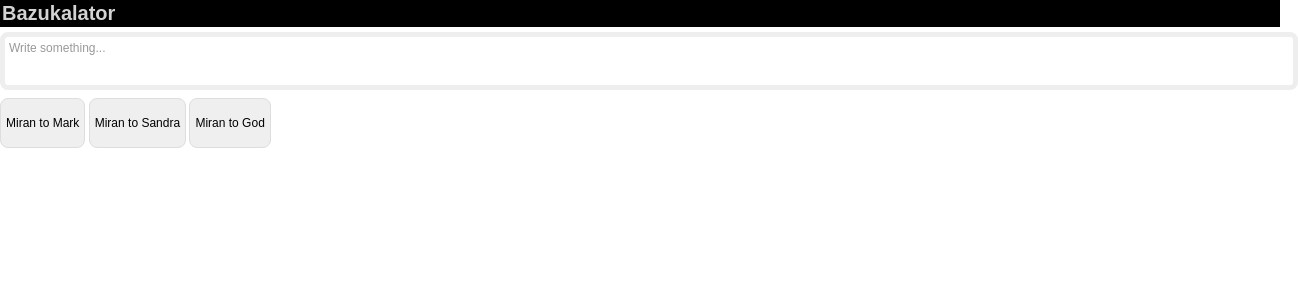
Repository: mbadzak/bazukalator
Page: Bazukalator/assets/www/index.html
An editor plug-in stored every save of this project. The page is shown before and after the next save, followed by the edit.
The browser window is 1280 px wide. The page is 1298 px wide, then 1294 px, so the pictures cover 1298 px, including what lies to the right of the window. The pictures show the whole page.

Above is the page before, as saved 2012-10-14 06:01:40.

### Bazukalator/assets/www/index.html
<!DOCTYPE HTML>
<html>
<head>
<title>Hello World</title>
<script type="text/javascript" charset="utf-8" src="cordova-2.1.0.js"></script>
<script type="text/javascript" src="jquery.min.js"></script>
<script type="text/javascript" src="jquery.autosize-min.js"></script>
<script type="text/javascript" src="utl.js"></script>

<link type="text/css" href="style.css" rel="stylesheet">
<style>
.lang_button {
  height: 50px;
  padding: 5px;
}
.post_box {
  padding: 5px;
  position: relative;
  top: 1px;
}
body {
  background-image: none;
}
.this_page {
  text-align: left;
  background-size: 100%;
  background-attachment: fixed;
  background-repeat: repeat-x;
}
</style>

</head>
<body>


<script type="text/javascript">
    var orig_text = "";
</script>
<div class="this_page">
  <div class="generic_heading" style="color: lightgray; background: black; padding: 2px;">
    Bazukalator
  </div>
  <div style="margin-top: 5px; text-align: left;">
    <textarea name="msg"
              id="msg"
              onFocus="utl_clear_text_field(this, 'Write something...');"
              class="generic_box"
              style="width: 100%; height: 40px; border: 5px solid #eeeeee; z-index: 1;"
              autocomplete="off">Write something...</textarea>
  </div>
  <div style="margin-top: 5px;">
    <input type="button"
           id="btn_submit1"
           class="lang_button"
           value="Miran to Mark">
    <input type="button"
           id="btn_submit2"
           class="lang_button"
           value="Miran to Sandra">
    <input type="button"
           id="btn_submit3"
           class="lang_button"
           value="Miran to God">
  </div>

  <div id="post" style="margin: 20px 0px 0px 5px; text-align: left; display: none; ">
    <div style="float: left; clear: both; width: 50%; font-size: 11px;">
      <input type="radio"
           id="post_facebook"
           class="post_box"
           checked="checked"
           value="Post to Facebook">
           <img class="button_img img_norad" src="img/fb-icon.png" width="15" height="15">
           Facebook
    </div>
    <div style="float: left; width: 50%; font-size: 11px;">
      <input type="radio"
           id="post_twitter"
           class="post_box"
           checked="checked"
           value="Post to Facebook">
           <img class="button_img img_norad" src="img/twitter-icon.png" width="15" height="15">
           Twitter
    </div>
  </div>
  <div id="post2" style="display: none; margin-top: 55px; margin-left: 0px;">
      <input type="button" value="Post" style="padding: 5px;">
  </div>
</div>
<script type="text/javascript">
    $("#btn_submit1").click(function() { submit(1); });
    $("#btn_submit2").click(function() { submit(2); });
    $("#btn_submit3").click(function() { submit(3); });

    function submit(lang) {
        if (orig_text == "")
            orig_text = $("#msg").val();

        var req = orig_text;
        if (req == "")
            return;

        $.post("http://localhost:8080/index.php/translator/svc",
              { req: req, lang: lang },
              function(data) {
             	$("#msg").val(data);
                $("#post").css("display", "block");
                $("#post2").css("display", "block");
              }
        );
    }

    function reset()
    {
    	$('#msg').val('');
        orig_text = "";
        $("#post").css("display", "none");
        $("#post2").css("display", "none");
    }

</script>

</body>
</html>

### Bazukalator/assets/www/jquery.autosize-min.js
// Autosize 1.7 - jQuery plugin for textareas
// (c) 2011 Jack Moore - jacklmoore.com
// license: www.opensource.org/licenses/mit-license.php
(function(a,b){var c="hidden",d='<textarea style="position:absolute; top:-9999px; left:-9999px; right:auto; bottom:auto; box-sizing:content-box; word-wrap:break-word; height:0 !important; min-height:0 !important; overflow:hidden">',e=["fontFamily","fontSize","fontWeight","fontStyle","letterSpacing","textTransform","wordSpacing"],f="oninput",g="onpropertychange",h=a(d)[0];h.setAttribute(f,"return"),a.isFunction(h[f])||g in h?a.fn.autosize=function(b){return this.each(function(){function p(){var a,b;m||(m=!0,j.value=h.value,j.style.overflowY=h.style.overflowY,j.style.width=i.css("width"),j.scrollTop=0,j.scrollTop=9e4,a=j.scrollTop,b=c,a>l?(a=l,b="scroll"):a<k&&(a=k),h.style.overflowY=b,h.style.height=h.style.minHeight=h.style.maxHeight=a+o+"px",setTimeout(function(){m=!1},1))}var h=this,i=a(h).css({overflow:c,overflowY:c,wordWrap:"break-word"}),j=a(d).addClass(b||"autosizejs")[0],k=i.height(),l=parseInt(i.css("maxHeight"),10),m,n=e.length,o=i.css("box-sizing")==="border-box"?i.outerHeight()-i.height():0;l=l&&l>0?l:9e4;while(n--)j.style[e[n]]=i.css(e[n]);a("body").append(j),g in h?f in h?h[f]=h.onkeyup=p:h[g]=p:h[f]=p,a(window).resize(p),i.bind("autosize",p),p()})}:a.fn.autosize=function(){return this}})(jQuery);

### Bazukalator/assets/www/utl.js
String.prototype.trim = function() {
    return this.replace(/^\s+|\s+$/g, "");
};
String.prototype.trim_newline = function() {
	return this.replace(/(\r\n|\n|\r)/gm,"");
};

/*
 * utl_clear_text_field
 * IN	field	field to clear
 */
function utl_clear_text_field(field, init_value) {
	if (field.value.toString() == init_value.toString())
		field.value = "";
	field.style.color = "#000000";
	field.style.background = "#FFFFFF";
}

function utl_clear_text_field_id(id, init_value)
{
	var field = document.getElementById(id);
	return utl_clear_text_field(field, init_value);
}

function utl_clear_password_field(disp_p, real_p) {
	var dp = document.getElementById(disp_p);
	var rp = document.getElementById(real_p);
	dp.style.display = "none";
	rp.style.display = "inline";

	rp.focus();
}

function utl_reset_password_field(disp_p, real_p) {
	var dp = document.getElementById(disp_p);
	var rp = document.getElementById(real_p);
	if (rp.value == "") {
		dp.style.display = "inline";
		rp.style.display = "none";
		dp.value = "Password";
	}
}

function utl_reset_text_field(field, value) {
	if (field.value == "") {
		field.value = value;
		field.style.color = "#999999";
	}
}

function utl_focus(id)
{
	var elem = document.getElementById(id);
	elem.focus();
}

function utl_is_int(a)
{
	return parseInt(a, 10) === a;
}
function utl_handle_enter(field, event)
{
	if (event.keyCode == 13) {
		$(field).closest('form').submit();
		return false;
	}
	return true;
}

/**
 * @deprecated use jquery plugin instead
 * @param field
 * @param event
 * @param max_per_line
 */
function utl_expand_texarea_as_you_go(field, event, max_per_line)
{
	var chars = field.value.length;
	var rows = chars / max_per_line;
	var newline_count;
	var total_size = 18;
	var modified = false;

	if (chars == 0) return;

	newline_count = (field.value.split('\n')).length - 1;

	if (utl_is_int(rows))
	{
		total_size += (rows * 12);
		modified = true;
	}

	if (newline_count > 0) {
		total_size += (newline_count * 16);
		modified = true;
	}

	if (modified)
		field.style.height = total_size + "px";
}

/*
 * utl_toggle_visibility
 * IN	field	field to clear
 */
function utl_toggle_visibility(field) {
	var fl = document.getElementById(field);
	fl.style.display = (fl.style.display == "block") ? "none" : "block";
}

/*
 * utl_toggle_visibility
 * IN	field	field to show
 */
function utl_show_field(field) {
	var fl = document.getElementById(field);
	if (fl == null)
		return;
	fl.style.display = "block";
}

function utl_hide_field(field) {
	var fl = document.getElementById(field);
	if (fl == null)
		return;
	fl.style.display = "none";
}

function utl_show_obj(obj)
{
	obj.style.display = "block";
}
function utl_hide_obj(obj)
{
	obj.style.display = "none";
}


function generate_uuid()
{
	/* credit: http://stackoverflow.com/questions/105034/how-to-create-a-guid-uuid-in-javascript */
	var uuid = 'xxxxxxxx-xxxx-4xxx-yxxx-xxxxxxxxxxxx'.replace(/[xy]/g, function(c) {
	    var r = Math.random()*16|0, v = c == 'x' ? r : (r&0x3|0x8);
	    return v.toString(16);
	});

	return uuid;
}

### Bazukalator/assets/www/style.css
* {
	font-family: Arial, Geneva, Helvetica, sans-serif;
	font-size: 12px;
	outline-width: 0px;
}
body {
 	margin: 0px;
 	text-align: center;
}
textarea {
	resize: none;
}
textarea, select,
input {
	border: 1px solid #DDD;
	-moz-border-radius: 8px;
  	-webkit-border-radius: 8px;
  	border-radius: 8px;
  	behavior: url(../../../pie/PIE.php);
}
select {
	border: 1px solid #DDD;
}

.browse_image_button,
.generic_button,
.generic_button_cancel,
.loginbutton {
	font-size: 12px;
	background-color: #22370B;
	color: #FFFFFF;
	text-decoration: none;
	padding: 4px 6px 4px 6px;
	border: 0px none;
	font-weight: bold;
	width: auto;
	overflow: visible;
	margin: 0px 0px 0px 0px;
	cursor: default;

	-moz-border-radius: 8px;
  	-webkit-border-radius: 8px;
  	border-radius: 8px;
  	behavior: url(../../../pie/PIE.php);

  	cursor: pointer;
}
.generic_button:hover {
	background-color: #6EA000;
}
.generic_button_cancel:hover {
	background-color: #ffffff;
}
<!--[if IE]>
<style>
.browse_image_button,
.generic_button,
.generic_button_cancel,
.loginbutton {
    width: 0px;
}
</style>
<![endif]-->

.loginbutton {
	width: 30px;
	padding: 0px;
}
.generic_button_cancel {
	color: #000000;
	background-color: #EFF5ED;
}
.browse_image_button {
	background-color: transparent;
	color: #000000;
	border: thin solid #20862F;
	height: 20px;
}

.generic_box,
.generic_box_blank,
.stallboxpost,
.stallboxpostreply,
.searchbox,
.loginbox,
.loginbox_selected {
	font-size: 12px;
	border: 1px solid #DDD;
	padding: 4px;
	margin: 0px;
	color: #999999;
}
.generic_box_blank {
	color: #000000;
}
.loginbox_selected {
	color: #000000;
}
.searchbox {
	border: 0px none;
	width: 135px;
}

.line {
	border-top-width: 1px;
	border-top-style: solid;
	border-top-color: #20862F;
}
.footer {
	clear: both;
	color: white;
	font-size: 12px;
}

.change_picture_link,
.more_teams_link,
.more_games_link,
.vertical_menu_link {
	text-decoration: none;
	border: 0px none;
	font-weight: bold;
	cursor: pointer;
}
.menu_link {
	cursor: pointer;
	padding: 10px;
	bottom: +10px;
	position: relative;
	font-weight: bold;
}
.more_games_link,
.more_teams_link {
	color: #1B7027;
}
.more_games_link {
	margin-bottom: 20px;
}
.vertical_menu_link {
	width: 150px;
	float: left;
}
.change_picture_link {
	font-size: 10px;
	width: 95px;
}
.field_name {
	font-size: 12px;
	color: #000000;
}
.home_sport_listing {
	font-size: 12px;
	color: #000000;
	font-weight: none;
}
.generic_heading,
.user_heading {
	font-size: 20px;
	font-weight: bold;
}

.generic_subheading,
.item_descriptor,
.team_subheading,
.user_subheading {
	font-size: 12px;
	font-weight: bold;
	color: #777777;
}
.user_subheading {
	font-size: 14px;
}
.menu_item_img {
	position:relative;
	bottom:-3px;
	left: -2px;

}
.menu_item {
	padding-left: 10px;
	padding-right: 10px;
	padding-top: 4px;
	padding-bottom: 4px;
	float: left;
	-moz-border-radius: 8px;
	-webkit-border-radius: 8px;
	border-radius: 8px;
	behavior: url(../../../pie/PIE.php);
}
.button_img {
	position:relative;
	bottom:-2px;
	left: -0px;
}
h3,
h1 {
	font-size: 18px;
	font-weight: bold;
}
h3 {
	color: #CCCCCC;
}
h2 {
	font-size: 12px;
}
.small_instructions {
	font-size: 10px;
	color: gray;
}

.team_standings_entry_small {
	font-size: 10px;
	color: #777777;
	font-weight: normal;
}
.stall {
	border-top-width: 0;
	/* border-right-width: thin; */
	border-top-style: solid;
	/* border-right-style: solid; */
	border-top-color: #CCCCCC;
	border-left-width: 0;
	border-left-style: solid;
	border-left-color: #CCCCCC;
}
.league_stats {
	border-top-width: 0px;
	/* border-right-width: thin; */
	border-top-style: solid;
	/* border-right-style: solid; */
	border-top-color: #CCCCCC;
	/* border-right-color: #CCCCCC; */
}
.team_standings_heading,
.team_standings_entry {
	font-size: 12px;
	text-align: center;
}
.team_standings_heading {
	font-weight: bold;
	float: left;
	width:40px;
	height:30px;
}

/*
 * Team and league display headings
 */
.team_upcoming_heading,
.team_results_heading {
	font-weight: bold;
	width: 420px;
	height: 20px;
	clear: both;
	margin-bottom: 5px;
	font-size: 14px;
	text-align: center;
}

.team_results_entry,
.team_upcoming_entry {
	font-size: 12px;
	width: 181px;
	float: left;
}

.team_upcoming_vs {
	font-weight: bold;
	font-size: 18px;
	width: 58px;
	float: left;
	position: relative;
	bottom: +5px;
}
.team_results_score {
	font-weight: bold;
	font-size: 18px;
	width: 25px;
	position: relative;
	bottom: +4px;
}

.team_standings_rank {
	font-weight: bold;
	font-size: 18px;
	clear: both;
	float: left;
	width: 30px;
	height: 30px;
	position: relative;
	bottom: +3px;
}

.team_standings_rank_small {
	font-weight: bold;
	font-size: 10px;
	bottom: 0px;
	clear: both;
	float: left;
	width: 30px;
	height: 30px;
	position: relative;
	top: 2px;
	color: gray;
}

.team_results_info,
.team_upcoming_info_att,
.team_upcoming_info {
	font-size: 10px;
	width: 420px;
}
.team_upcoming_info_att {
	margin: 0px auto;
	clear: both;
	margin-top: 5px;
	text-align: center;
}

/* **************************** */

.stallboxpost,
.stallboxpost_selected {
	border: 0px solid #DDDDDD;
	color: #666666;
	width: 473px;
    height: 15px;
    background: #EFF5ED;
}
.stallboxpost_selected {
	border: 4px solid #EFF5ED;
	width: 407px;
	font-size: 12px;

	-moz-border-radius: 8px;
	-webkit-border-radius: 8px;
	border-radius: 8px;
	behavior: url(../../../pie/PIE.php);

    background: #EFF5ED !important;

    overflow: hidden;
}
.stallboxpostreply,
.stallboxpostreply_selected {
	border: 0px;
	width: 100px;
	height: 15px;
	background: transparent;
	font-size: 11px;
	margin-left: 310px;
}
.stallboxpostreply_selected {
	width: 372px;
	border: 4px solid #EFF5ED;
	margin-left: 0px;
	-moz-border-radius: 8px;
	-webkit-border-radius: 8px;
	border-radius: 8px;
	behavior: url(../../../pie/PIE.php);

	background: #EFF5ED !important;

	overflow: hidden;

	margin-bottom: 10px;
}
#stallboxpost_thumb {
	width: 60px;
	float: left;
	display: none;
}

.stallpostreply,
.stallpost {
	background-color: #EFF5ED;
	text-align: left;

	-moz-border-radius: 8px;
	-webkit-border-radius: 8px;
	border-radius: 8px;
	behavior: url(../../../pie/PIE.php);
}
.stallpostreply_entry_hidden,
.stallpostreply_entry {
	clear: both;
	padding-top: 3px;
	padding-left: 60px;
}
.stallpostreply_entry_hidden {
	display: none;
}
.stallpostreply_entry_show {
	clear: both;
	padding: 2px;
	margin: 0px 0px 8px 60px;
	-moz-border-radius: 8px;
	-webkit-border-radius: 8px;
	border-radius: 8px;
	behavior: url(../../../pie/PIE.php);
	background: #EFF5ED;
	text-align: center;
	font-size: 10px;
	font-weight: bold;
	width: 150px;
	cursor: pointer;
	color: #1B7027;
}
.stallpostreply_entry_reply {
	clear: both;
	padding: 2px;
	margin: 0px 0px 8px 60px;
	-moz-border-radius: 8px;
	-webkit-border-radius: 8px;
	border-radius: 8px;
	behavior: url(../../../pie/PIE.php);
	background: #EFF5ED;
	text-align: center;
	font-size: 10px;
	font-weight: bold;
	width: 100px;
	cursor: pointer;
	color: #1B7027;
}

.miran {
	background: #EFF5ED !important;
	text-align: left;
	height: 25px;
	float: left;
	clear: both;
	margin-bottom: 10px;
	padding-top: 10px;

	-moz-border-radius: 8px;
	-webkit-border-radius: 8px;
	border-radius: 8px !important;
	behavior: url(../../pie/PIE.php) !important;
}
.stallpostreply {
	float: left;
	padding: 1px 8px 1px 8px;
	width: 356px;
	border-top-width: 0px;
	background: none;
}
.stallpost {
	float: left;
	padding: 3px 12px 3px 12px;
	width: 396px;
	margin-bottom: 5px;
}

.stallpost_delete {
	bottom: 0px;
	color: #FFFFFF !important;
	background: #22370B;
	padding: 0px 2px 0px 2px;
	margin-left: 8px;
	position: relative;
	left: 12px;
	-moz-border-radius: 8px;
	-webkit-border-radius: 8px;
	border-radius: 8px !important;
	behavior: url(../../pie/PIE.php) !important;
}

.stall_message_body_reply,
.stall_message_body {
	font-size: 11px;
	padding-top: 5px;
	padding-bottom: 5px;
	padding-right: 5px;
	width: 400px;
	overflow: hidden;
}
.stall_message_body_reply {
	width: 380px;
	padding-top: 0px;
}
.stall_message_descriptor_main,
.stall_message_descriptor {
	font-size: 10px;
	color: #777777;
	margin-bottom: 4px;
}
.stall_message_descriptor_main {
	float: left;
	position: relative;
	margin-right: 10px;
	top: +2px;
}
#stall_write_first {
	float: left;
	clear: both;
	position: relative;
	bottom: +4px;
}

.tab_first,
.tab_first_inactive {
	float: left;
	font-size: 13px;
	font-weight: bold;
	color: #FFFFFF;
	background-color: #385C12;
	padding-left: 14px;
	padding-right: 14px;
	padding-top: 4px;
	padding-bottom: 4px;
	margin-left: 8px;
	margin-right: 8px;
	text-align: center;
	vertical-align: middle;
	cursor: pointer;
	-moz-border-radius: 8px;
  	-webkit-border-radius: 8px;
  	border-radius: 8px;
  	behavior: url(../../../pie/PIE.php);
}
.tab_first_inactive {
	background-color: #EFF5ED;
	color: #000000;
}
.tab_menus {
	float: left;
	clear: both;
	padding-top: 5px;
}

.link,
a {
	font-weight: bold;
	color: #1B7027;
	text-decoration: none;
}

.name_link {
	color: #FFFFFF;
	text-decoration: none;
}
.off_link {
	color: #FFFFFF;
	text-decoration: none;
}

.error_text {
	color: #F33C21;
	font-weight: bold;
}

#error {
	color: #F33C21;
	font-weight: bold;
	padding: 10px;
	display: none;
}
#error_check {
	text-align: left;
	padding: 10px;
	background: #fff;
}
.notification,
#notification {
	color: #000000;
	margin: 0px auto;
    text-align: center;
    background: #FFFFB2;
    padding: 10px;
	-moz-border-radius: 8px;
  	-webkit-border-radius: 8px;
  	border-radius: 8px;
  	behavior: url(../../../pie/PIE.php);
}
#info {
	color: #000000;
}
form {
	margin: 0px;
	border: 0px;
}
.footer_text{
	color: #ffffff;
	font-size: 10px;
}
textarea {
	overflow: auto;
}

img {
	border-style: none;
	-moz-border-radius: 8px;
  	-webkit-border-radius: 8px;
  	border-radius: 8px;
  	behavior: url(../../../pie/PIE.php);
}
.img_norad {
	-moz-border-radius: 0px;
  	-webkit-border-radius: 0px;
  	border-radius: 0px;
  	behavior: url(../../../pie/PIE.php);
}

#main_container {
	clear: both;
	width: 960px;
	margin: auto;
}

#forgot_password {
	margin-top: 5px;
}


/************ manage forms ************/
.pref_page {
	margin: 0 auto;
	text-align: left;
	width: 960px;
}
.pref_left {
	width: 220px;
	clear: both;
	float: left;
	height: 50px;
	padding-right: 30px;
	text-align: right;
}
.pref_right {
	width: 679px;
	float: left;
	border-left-color: #DDDDDD;
	border-left-style: solid;
	border-left-width: 1px;
	padding: 5px 0px 0px 30px;
	text-align: left !important;
}
.pref_left_heading {
	float: right;
	clear: both;
	font-size: 18px;
	font-weight: bold;
	text-align: left !important;
}
.pref_left_subheading {
	float: right;
	clear: both;
	font-size: 16px;
	margin-top: 25px !important;
	text-align: left !important;
}
#pref_manage_heading {
	margin-bottom: 25px;
	float: left;
	clear: both;
	width: 177px;
	font-size: 14px;
	font-weight: bold;
	text-align: left;
	cursor: pointer;
}
#pref_manage_subheading {
	margin-bottom: 25px;
	float: left;
	color: gray;
	width: 380px;
	font-size: 10px;
	text-align: left;
	cursor: pointer;
	position: relative;
	top: +2px;
}
#pref_manage_entry {
	float: left;
	clear: both;
	width: 679px;
	text-align: left;
}
#pref_manage_entry_img {
	float: left;
	width: 25px;
	text-align: left;
}
#pref_manage_entry_label {
	float: left;
	font-size: 12px;
	width: 150px;
	position: relative;
	top: +3px;
	text-align: left;
}
#pref_manage_entry_content {
	float: left;
	width: 500px;
	text-align: left;
}
#pref_manage_buttons {
	float: left;
	clear: both;
	width: 520px;
	padding-left: 178px;
	margin-top: 15px;
	margin-bottom: 20px;
    text-align: left;
}
#pref_manage_buttons_left {
	float: left;
	clear: both;
}
#pref_group1,
#pref_group2,
#pref_group3,
#pref_group4
{
	display: none;
}
#pref_group_visible
{
	display: block;
}

.pref_error {
	width: 580px;
	border-left-width: 1px;
	border-left-style: solid;
	border-left_color: red;
}

.shadow {
  -moz-box-shadow:    10px 10px 10px 0px #eee;
  -webkit-box-shadow: 10px 10px 10px 0px #eee;
  box-shadow:         10px 10px 10px 0px #eee;
}
.new_left {
	float: left;
	clear: both;
}

/* Search */
.search_page {
	width: 960px;
	min-height: 400px;
	margin: 0 auto;
	text-align: center;
}
.search_column {
	width: 250px;
	float: left;
	margin-right: 40px !important;
}
.search_column_header {
	width: 250px;
	font-size: 16px;
	font-weight: bold;
	margin-bottom: 15px;
	text-align: left;
}
.search_column_entry {
	width: 250px;
	float: left;
	clear: both;
	height: 40px;
}
.search_column_entry_img {
	width: 40px;
	float: left;
	clear: both;
	padding-right: 5px;
}
.search_column_entry_text {
	width: 205px;
	float: left;
	text-align: left;
	position: relative;
	top: +6px;
}

/* join boxes */
.join_box {
	width: 240px;
	float: right;
	background: #EFF5ED;
	padding: 20px;
	margin-top: 10px;
	-moz-border-radius: 8px;
	-webkit-border-radius: 8px;
	border-radius: 8px;
	behavior: url(../../../pie/PIE.php);
}
.join_header {
	margin: 0px both;
	clear: both;
	text-align: left;
	font-weight: bold;
	font-size: 16px;
	margin-bottom: 15px;
}
.join_entry {
	float: left;
	clear: both;
	height: 30px;
	text-align: left;
}
.join_text {
	float: left;
	clear: both;
	width: 90px;
	position: relative;
	top: +5px;
	text-align: right;
	padding-right: 10px;
}
.join_input {
	float: left;
	width: 210px;
	text-align: left;
}

/* promo */
.promo_container {
	float: left;
	text-align: center;
	margin: 0px auto;
	padding: 10px;
	background: #6ea000;
	-moz-border-radius: 8px;
	-webkit-border-radius: 8px;
	border-radius: 8px;
	behavior: url(../../../pie/PIE.php);
	width: 150px;
	margin-top: 10px;
}
.promo_header {
	float: left;
	clear: both;
	padding: 8px;
 	width: 245px;
	font-size: 16px;
	margin: 50px 20px 8px 0px;
	text-align: left;
	background: #385C12;
	-moz-border-radius: 8px;
	-webkit-border-radius: 8px;
	border-radius: 8px;
	behavior: url(../../../pie/PIE.php);
	color: #FFFFFF;
}
.promo_header_strong {
	font-size: 16px;
	font-weight: bold;
}
.promo_entries {
	float: left;
	text-align: left;
}
.promo_entry {
	float: left;
	width: 639px;
	background: #EFF5ED;
	padding: 20px;
	margin-top: 40px;
	-moz-border-radius: 8px;
	-webkit-border-radius: 8px;
	border-radius: 8px;
	behavior: url(../../../pie/PIE.php);
}
.promo_entry_line1 {
	float: left;
	font-size: 16px;
	font-weight: bold;
	width: 100%;
	cursor: pointer;
}
.promo_entry_line2 {
	float: left;
	font-size: 15px;
	margin-top: 5px;
	width: 100%;
	display: none;
}
.promo_link {
	font-size: 14px;
}

/** other */
.plain_menu_item {
	float: left;
	clear: both;
	margin-top: 10px;
	padding: 5px;
	background: #EFF5ED;
	-moz-border-radius: 8px;
	-webkit-border-radius: 8px;
	border-radius: 8px;
	behavior: url(../../../pie/PIE.php);
}

.main_tag_line {
	-moz-border-radius: 8px;
  	-webkit-border-radius: 8px;
  	border-radius: 8px;
  	behavior: url(../../../pie/PIE.php);
  	padding: 10px;
  	width: 450px;
  	margin: 0px both;
  	clear: both;
  	text-align: center;
  	font-weight: bold;
  	font-size: 28px;
  	margin-bottom: 20px;
  	margin-top: 10px;
  	color: #ffffff;
  	background: #385c12;
}
.main_sport_name {
	width: 95px;
	padding: 3px;
	cursor: default;
   	-moz-border-radius: 8px;
  	-webkit-border-radius: 8px;
  	border-radius: 8px;
  	behavior: url(../../../pie/PIE.php);
	font-weight: bolder !important;
	font-size: 14px !important;
	position: absolute;
	top: 60px;
    left: 10px;
    color: #ffffff;
}
.main_sport_container {
	float: left;
	width: 120px;
	height: 100px;
	text-align: center;
	margin: 0px auto;
	position: relative;
	margin-top: 15px;
}

.attendance_control_main {
	-moz-border-radius: 8px;
	-webkit-border-radius: 8px;
	border-radius: 8px;
	behavior: url(../../../pie/PIE.php);
	width: 180px;
	background: #EFF5ED;
	text-align: center;
	margin: 0px auto;
	padding: 2px;
}

.popup_body {
	background-color: white;
	background: none !important;
}

.generic_page_thin,
.generic_page {
	-moz-border-radius: 8px;
  	-webkit-border-radius: 8px;
  	border-radius: 8px;
  	behavior: url(../../../pie/PIE.php);
  	background: #FFFFFF;
  	padding: 15px;
  	margin: 0px auto;
  	text-align: center;
}
.generic_page_thin {
	padding: 5px;
}

.connections_number {
	font-size: 20px;
}
.connections_desc {
	font-size: 12px;
	clear: both;
	font-weight: bold;
	color: gray;
}

.tsp_carousel {
	-moz-border-radius: 8px;
  	-webkit-border-radius: 8px;
  	border-radius: 8px;
  	behavior: url(../../../pie/PIE.php);

  	width: 930px;
  	height: 350px;
  	margin: 0px auto;
  	text-align: center;
  	padding: 15px;
}
.tsp_carousel_img {
	margin: 0px auto;
	text-align: center;
}

.hidden {
	display: none;
}

.principal_entry {
	float: left;
	width: 210px;
	height: 40px;
	text-align: left;
}
.principal_entry_img {
	float: left;
	clear: both;
	width: 40px;
	height: 40px;
}
.principal_entry_text {
	float: left;
	height: 40px;
	position: relative;
	top: +6px;
}

Loaded but not shown: Bazukalator/assets/www/cordova-2.1.0.js (library); Bazukalator/assets/www/jquery.min.js (library)

After the next save:
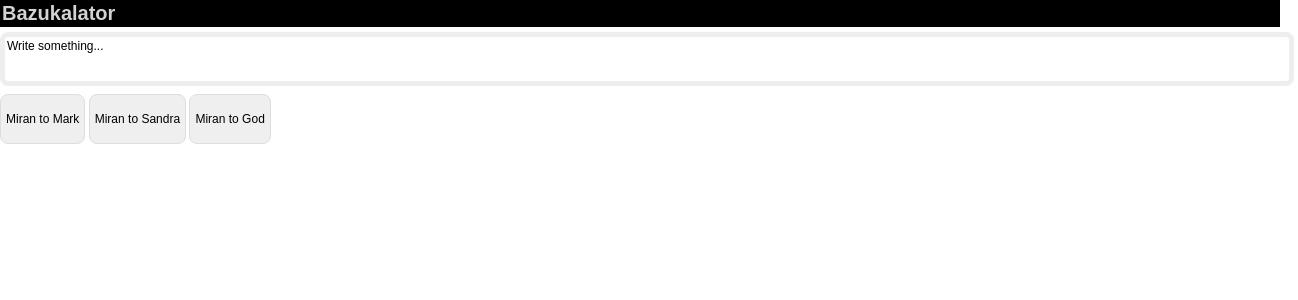
Saved 67 s later.
--- a/Bazukalator/assets/www/index.html
+++ b/Bazukalator/assets/www/index.html
@@ -44,7 +44,7 @@ body {
     <textarea name="msg"
               id="msg"
               onFocus="utl_clear_text_field(this, 'Write something...');"
-              class="generic_box"
+
               style="width: 100%; height: 40px; border: 5px solid #eeeeee; z-index: 1;"
               autocomplete="off">Write something...</textarea>
   </div>
